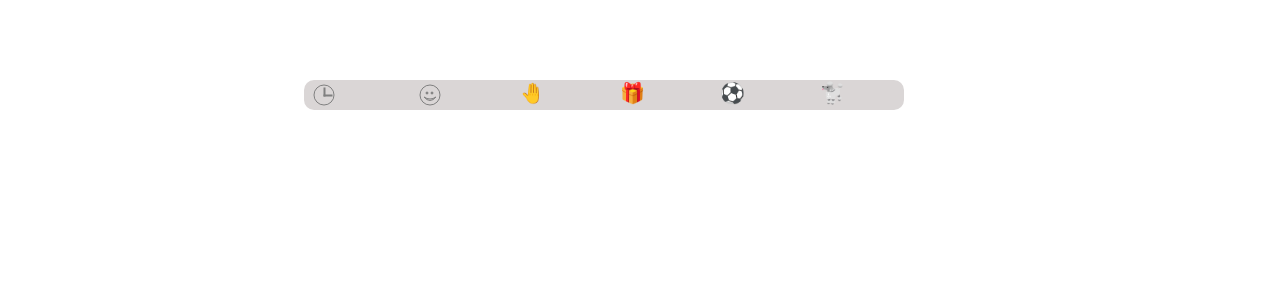
Repository: Gaj123-coder/emoji-search-app
Page: /
These files come from the project's save history. The page is drawn as it stood at one moment and after the next save; the edit follows.
The browser window is 1280 px wide. The pictures show the whole page.
The project was rebuilt for these pictures with package versions that can differ from the ones it lists, and the page was loaded fresh each time.

Above is the page before, as saved 2021-10-30 22:10:37.

### public/index.html
<!DOCTYPE html>
<html>
    <head>
        <title>Emoji Search</title>
        <meta charset="UTF-8">
        <meta name="author" content="Gajanan C Hegde">
        <meta name="description" content="A simple emoji search app using React JS">
        <meta name="view-port" content="width=device-width,initial-scale=1">
        <meta property="og:title" content="emoji">
        <meta property="og:description" content="An emoji searh app">
        <meta property="og:url" content="http://www.emojis..com">
        <meta property="og:image" content="https://seeklogo.com/images/S/smile-with-glasses-emoji-logo-0C5A7F9874-seeklogo.com.png">
        <meta property="twitter:title" content="Emoji Search">
        <meta property="twitter:image" content="https://seeklogo.com/images/S/smile-with-glasses-emoji-logo-0C5A7F9874-seeklogo.com.png">
        <meta property="twitter:description" content="A simple recat js emloji search app">
        <meta property="twitter:card" content="summary_large_page">
        <meta property="facebook:title" content="Emoji Search">
        <meta property="facebook:image" content="https://seeklogo.com/images/S/smile-with-glasses-emoji-logo-0C5A7F9874-seeklogo.com.png">
        <meta property="facebooks:description" content="A simple react app for emoji search">
        <meta proprty="facebook:url" content="https://www.emojis.com">
        <link rel="canonical" href="index.html"/>
    </head>
    <body>
        <div id="root"></div>
    </body>
</html>

### src/App.js
import './App.css';
import {sad1,worry1,angry1,happy1,smiley1,peace1,love1,joy1,laugh1,gift1,smile1,hands1,sports1,supper1,evil1,shy1,tasty1,confuse1,sleepy1} from "./Components/emotions";
function App() {
  return (
    <div className="dec">
      <div className="dec-child">
        <svg>
          <circle cx="20" cy="15" r="10px" stroke="grey" strokeWidth="1px" fill="rgb(218, 214, 214)"/>
          <rect x="20" y="8" width="1px" height="8px" stroke="grey" strokeWidth="1px" fill="rgb(218, 214, 214)"/>
          <rect x="20" y="15" width="8px" height="1px" stroke="grey" strokeWidth="1px" fill="rgb(218, 214, 214)"/>
        </svg>
      </div>
      <div className="dec-child">
        <svg>
          <circle cx="26" cy="15" r="10px" stroke="grey" strokeWidth="1px" fill="none"/>
          <path d="M20 17 Q26 21 32 17" stroke="grey" strokeWidth="1px" fill="none"/>
          <path d="M20 17 Q26 24 32 17" stroke="grey" strokeWidth="1px" fill="none"/>
          <circle cx="23" cy="13" r="1" stroke="grey" strokeWidth="1px" fill="grey"/>
          <circle cx="28" cy="13" r="1" stroke="grey" strokeWidth="1px" fill="grey"/>
        </svg>
      </div>
      <div className="dec-child">
        <p style={{fontSize:"20px"}}>&#129306;</p>
      </div>
      <div className="dec-child">
        <p style={{fontSize:"20px"}}>&#127873;</p>
      </div>
      <div className="dec-child">
        <p style={{fontSize:"20px"}}>&#9917;</p>
      </div>
      <div className="dec-child">
        <p style={{fontSize:"20px"}}>&#128041;</p>
      </div>
    </div>
  );
}

export default App;

### src/App.css
.dec{
  background-color: rgb(218, 214, 214);
  width: 600px;
  height:30px;
  position: relative;
  left:19rem;
  border-radius:10px;
  top:5rem;
  display:flex;
  flex-direction:row;
  flex-wrap:nowrap;
  align-items: center;
  justify-content: center;
}

.dec-child>svg{
  width:inherit;
  height:inherit;
}

.dec-child{
  height:30px;
  width:100px;
}

.dec-child>p{
  position: relative;
  bottom:1.2rem;
  left:1rem;
}

### src/Components/emotions.js
const sad=["128524","128528",'128530',"128532","128542","128546","128549","128557"]
const worry=["128524","128529","128531","128532","128533","128543","128552","128553"]
const angry=["128520","128544","128545","128548","12855"]
const happy=["128512","128513","128514","128518","128522"]
const love=["128525","128535","128536","128537","128538"]
const joy=["128513","128517","128519","128521","128539","128540","128541"]
const laugh=["128513","128514","128518"]
const smile=["128512","128516"]
const gift=["127873","127891","127894","127874","127879","129395","127882","127876"]
const sports=["127939","127943","127947","","","","","","",""]
const hands=["128075","128588","129309","65039","128591","128077","129305","129304","128076","129306"]
const supper=["128526","128527"]
const peace=["128512","128515","128516","128519"]
const evil=["128520"]
const shy=["128522"]
const tasty=["128523"]
const confuse=["128534","128533","128550"]
const sleepy=["128554"]
const animals=["128053","128018","129421","128054","128021","128041","129418","129409","128047"]
const smiley=["128512","128513","128514","128515","128516","128517","128518","128519","128520","128521","128522","128523","128524","128525",
"128526","128527","128528","128529","128530","128531","128532","128533","128534","128535","128536","128537","128538","128539","128540"]

export const smiley1=smiley;
export const peace1=peace;
export const sad1=sad;
export const happy1=happy;
export const worry1=worry;
export const angry1=angry;
export const love1=love;
export const joy1=joy;
export const laugh1=laugh;
export const gift1=gift;
export const smile1=smile;
export const sports1=sports;
export const hands1=hands;
export const supper1=supper;
export const evil1=evil;
export const shy1=shy;
export const tasty1=tasty;
export const confuse1=confuse;
export const sleepy1=sleepy;

Loaded but not shown: src/index.js (common file); src/index.css (common file)

After the next save:
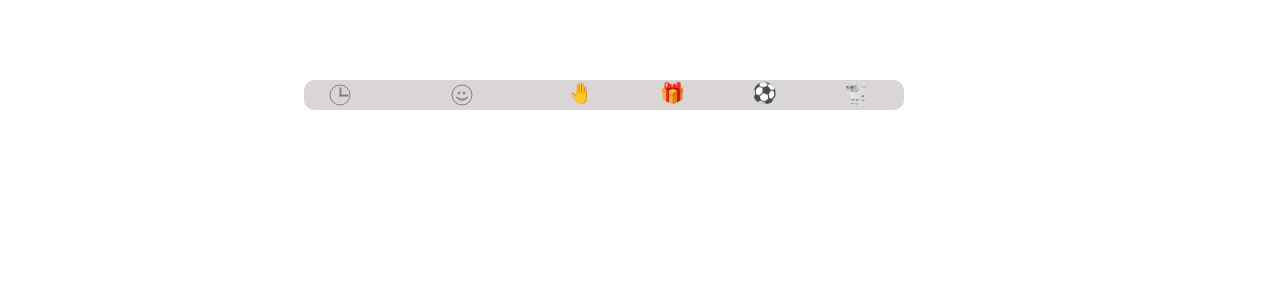
Saved 30 s later.
--- a/src/App.css
+++ b/src/App.css
@@ -19,6 +19,7 @@
 }
 
 .dec-child{
+  padding-left:1rem;
   height:30px;
   width:100px;
 }
